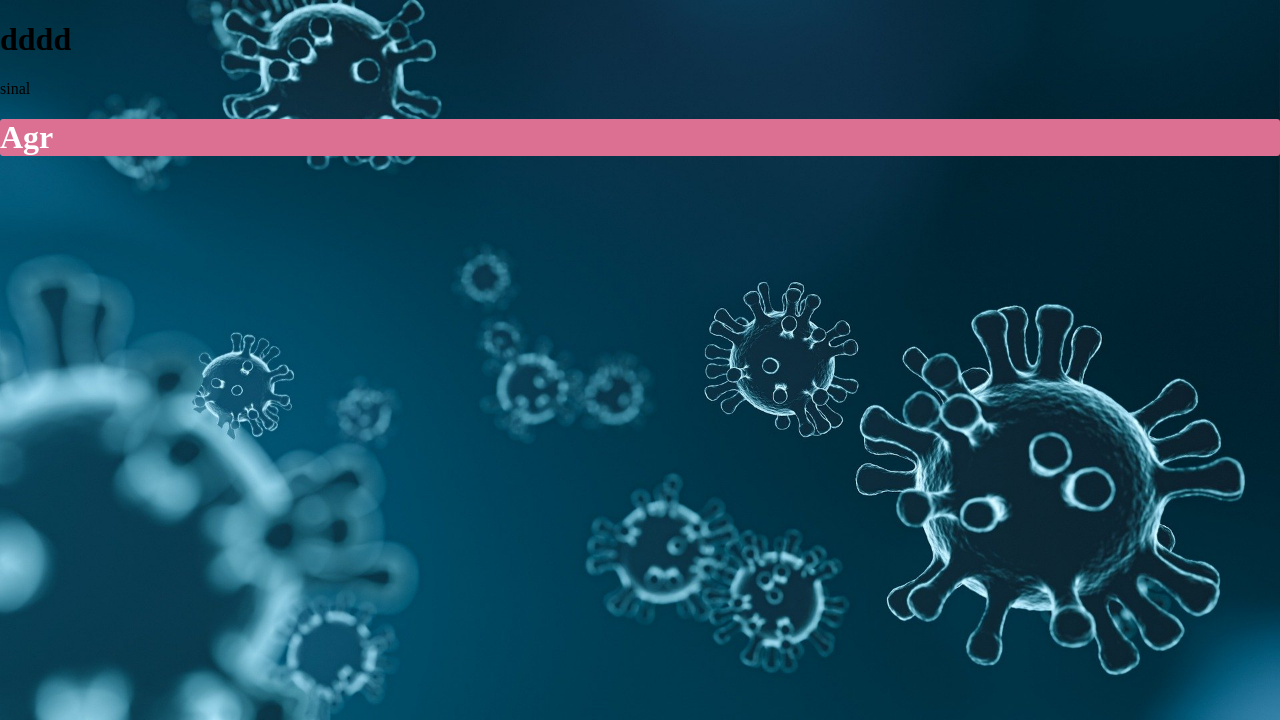
Repository: ecrseer/coviddio-Digital-Innovation-One-PWA-React-Js
Page: /
These files come from the project's save history. The page is drawn as it stood at one moment and after the next save; the edit follows.
The browser window is 1280 px wide. The pictures show the whole page.
The project was rebuilt for these pictures with package versions that can differ from the ones it lists, and the page was loaded fresh each time.

Above is the page before, as saved 2020-08-19 22:25:56.

### src/App.js
import React from 'react';
import styled from 'styled-components';
import Bckg from './commons/styles/global-style';

const Button = styled.h1`
  background: palevioletred;
  border-radius: 3px;
  border: none;
  color: white;
`;

function App() {
  return (
    <div className="App">

    <Bckg/>
        <h1>dddd</h1>  sinal


        <Button>Agr</Button>




    </div>
  );
}

export default App;

### src/commons/styles/global-style.js
import { createGlobalStyle } from 'styled-components';
import CovidImg from '../../assets/covid.jpg';

const Fundo = createGlobalStyle`
* {
    outline: none;
    box-sizing: border-box;
  }

  body {
    line-height: normal;
  }

  html, body {
    width: 100%;
    min-height: 100%;
    display: flex;
    padding: 0;
    margin: 0;
  }

  #root {
    background: url(${CovidImg});
    height: 100%;
    width: 100%;
    background-size: cover;
    background-position: center center;
  }
`;
export default Fundo;

Loaded but not shown: public/index.html (common file); src/index.js (common file); src/serviceWorker.js (common file)

After the next save:
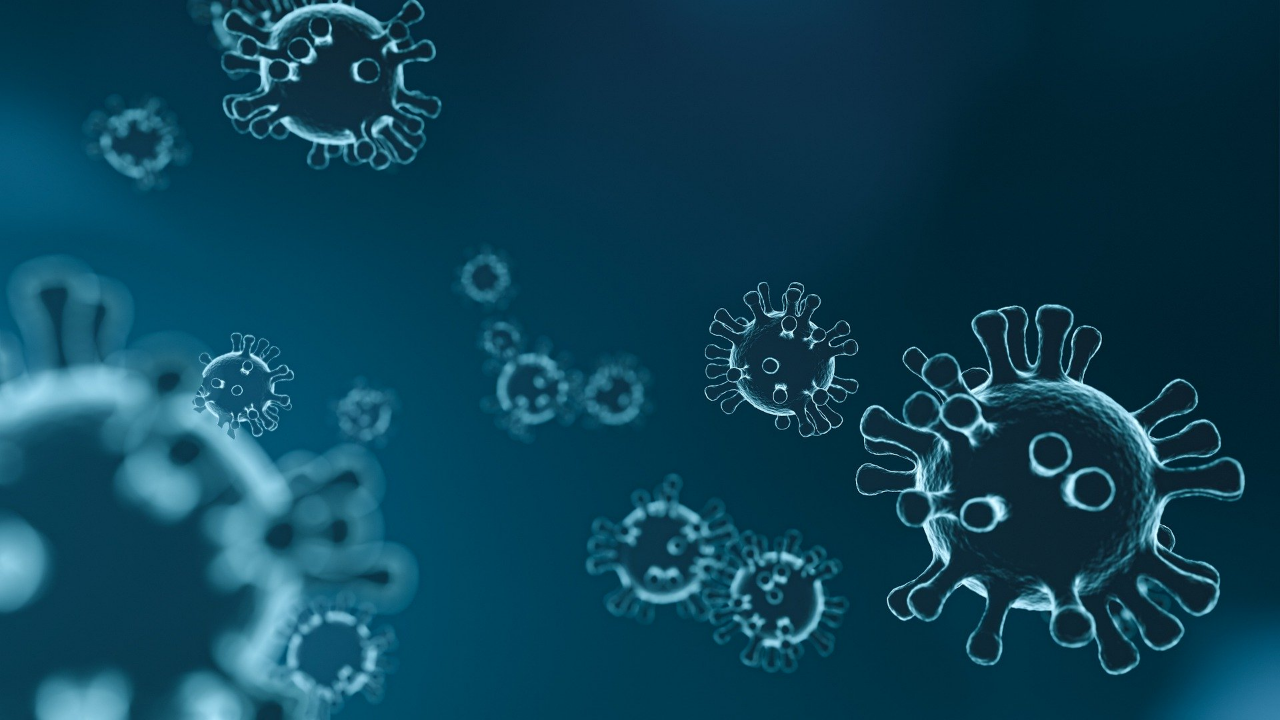
Saved 15 s later.
--- a/src/App.js
+++ b/src/App.js
@@ -2,23 +2,12 @@ import React from 'react';
 import styled from 'styled-components';
 import Bckg from './commons/styles/global-style';
 
-const Button = styled.h1`
-  background: palevioletred;
-  border-radius: 3px;
-  border: none;
-  color: white;
-`;
 
 function App() {
   return (
     <div className="App">
 
     <Bckg/>
-        <h1>dddd</h1>  sinal
-
-
-        <Button>Agr</Button>
-
 
 
 
